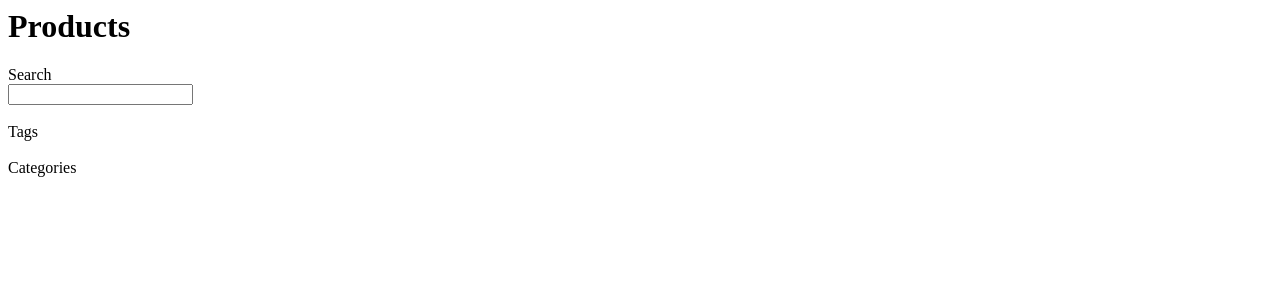
Repository: dtromblee/my-site
Page: workspace/public_html/app/views/products/products.html
The author's editor kept a record of every edit. The page is drawn from the files as they stood at one moment, then again after the next edit.
The browser window is 1280 px wide. The pictures show the whole page.

Above is the page before.

### workspace/public_html/app/views/products/products.html
<h1 class="clear-thirty">Products</h1>

<div class="col-md-3 col-sm-12 col-xs-12 container-filters">
    <label>Search</label><br><input class="search" type="text" ng-model="productSearch.$"><br><br>
    <label>Tags</label><br>
    <checkbox-filter values="tagCounts" filtered="tagFilters"></checkbox-filter><br>
    <label>Categories</label><br>
    <checkbox-filter values="categoryCounts" filtered="categoryFilters"></checkbox-filter>


</div>
<div class="col-md-9 col-sm-12 col-xs-12">
    <div class="col-md-6 clear-thirty" ng-repeat="galleryItem in galleryItems | filter:productSearch | filter:filterTags | filter:filterCategories">
        <gallery-item item="galleryItem"></gallery-item>
    </div>
</div>

After the next edit:
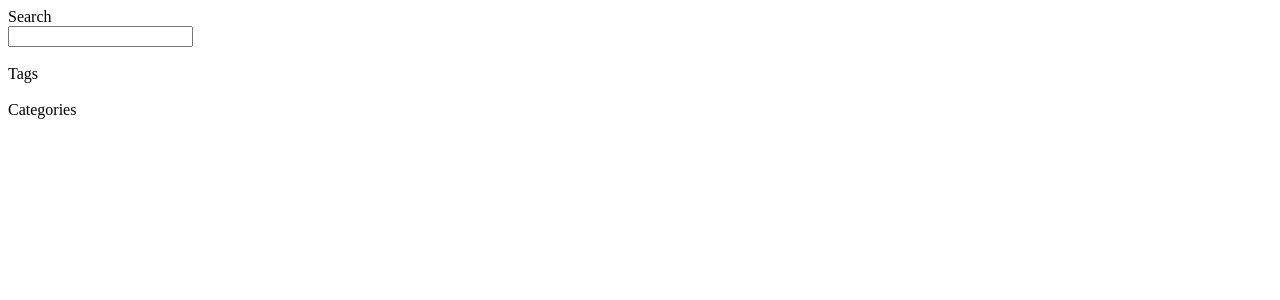
The edit:
--- a/workspace/public_html/app/views/products/products.html
+++ b/workspace/public_html/app/views/products/products.html
@@ -1,4 +1,4 @@
-<h1 class="clear-thirty">Products</h1>
+<!--<h1 class="clear-thirty">Products</h1>-->
 
 <div class="col-md-3 col-sm-12 col-xs-12 container-filters">
     <label>Search</label><br><input class="search" type="text" ng-model="productSearch.$"><br><br>
